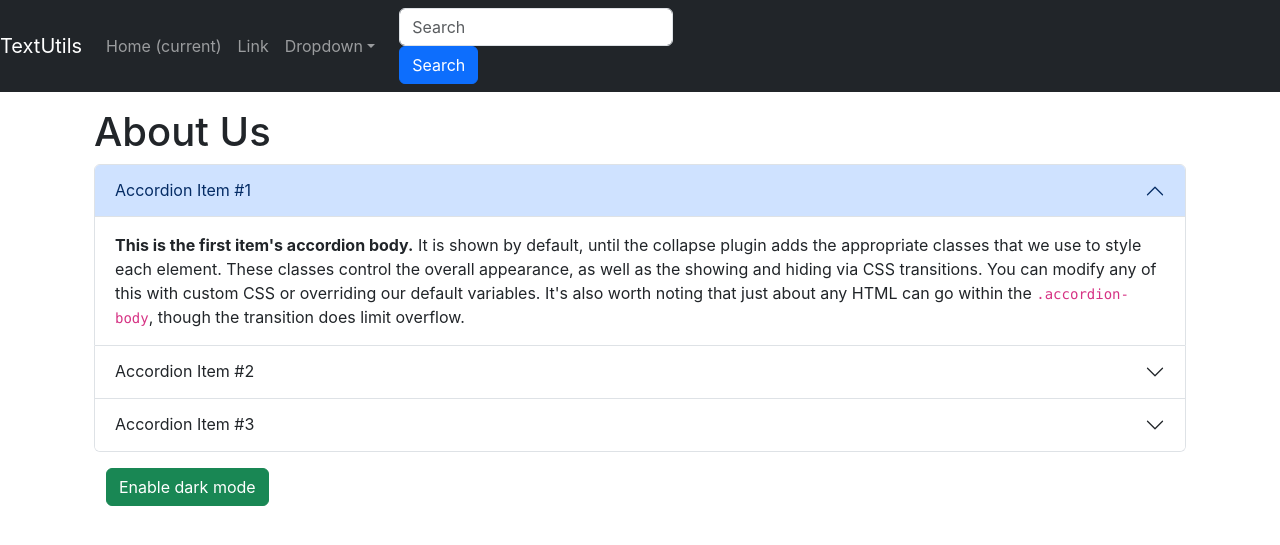
Repository: Aastha1035/React.navbar
Page: /
These files come from the project's save history. The page is drawn as it stood at one moment and after the next save; the edit follows.
The browser window is 1280 px wide. The pictures show the whole page.
The project was rebuilt for these pictures with package versions that can differ from the ones it lists, and the page was loaded fresh each time. Also part of the build but not shown: src/App.css.

Above is the page before, as saved 2024-07-17 17:00:47.

### public/index.html
<!DOCTYPE html>
<html lang="en">
  <head>
    <meta charset="utf-8" />
    <link rel="icon" href="%PUBLIC_URL%/favicon.ico" />
    <meta name="viewport" content="width=device-width, initial-scale=1" />
    <meta name="theme-color" content="#000000" />
    <meta
      name="description"
      content="Web site created using create-react-app"
    />
    <link rel="apple-touch-icon" href="%PUBLIC_URL%/logo192.png" />
    <!--
      manifest.json provides metadata used when your web app is installed on a
      user's mobile device or desktop. See https://developers.google.com/web/fundamentals/web-app-manifest/
    -->
    <link rel="manifest" href="%PUBLIC_URL%/manifest.json" />
    <!--
      Notice the use of %PUBLIC_URL% in the tags above.
      It will be replaced with the URL of the `public` folder during the build.
      Only files inside the `public` folder can be referenced from the HTML.

      Unlike "/favicon.ico" or "favicon.ico", "%PUBLIC_URL%/favicon.ico" will
      work correctly both with client-side routing and a non-root public URL.
      Learn how to configure a non-root public URL by running `npm run build`.
    -->
    <link href="https://cdn.jsdelivr.net/npm/bootstrap@5.3.3/dist/css/bootstrap.min.css" rel="stylesheet" integrity="sha384-QWTKZyjpPEjISv5WaRU9OFeRpok6YctnYmDr5pNlyT2bRjXh0JMhjY6hW+ALEwIH" crossorigin="anonymous">
    <title>React App</title>
  </head>
  <body>
    <noscript>You need to enable JavaScript to run this app.</noscript>
    <div id="root"></div>
    <!--
      This HTML file is a template.
      If you open it directly in the browser, you will see an empty page.

      You can add webfonts, meta tags, or analytics to this file.
      The build step will place the bundled scripts into the <body> tag.

      To begin the development, run `npm start` or `yarn start`.
      To create a production bundle, use `npm run build` or `yarn build`.
    -->
    <script src="https://cdn.jsdelivr.net/npm/bootstrap@5.3.3/dist/js/bootstrap.bundle.min.js"
    integrity="sha384-YvpcrYf0tY3lHB60NNkmXc5s9fDVZLESaAA55NDzOxhy9GkcIdslK1eN7N6jIeHz"
    crossorigin="anonymous"></script>
  </body>
</html>

### src/App.js

import './App.css';
import About from './components/About';
import Navbar from './components/Navbar';
//import Textform from './components/Textform';

function App() {
  return (
    <>
   < Navbar title="TextUtils"/>
   <div className="container my-3">
   {/*<Textform heading="Enter the text to analyse"/>*/}
   <About/>
   </div>

  </>
  );
}

export default App;

### src/components/About.js
import React from 'react'

export default function About() {
  return (
    <div className='container'>
            <h1>About Us</h1>
        <div class="accordion" id="accordionExample">
    <div class="accordion-item">
        <h2 class="accordion-header" id="headingOne">
        <button class="accordion-button" type="button" data-bs-toggle="collapse" data-bs-target="#collapseOne" aria-expanded="true" aria-controls="collapseOne">
            Accordion Item #1
        </button>
        </h2>
        <div id="collapseOne" class="accordion-collapse collapse show" aria-labelledby="headingOne" data-bs-parent="#accordionExample">
        <div class="accordion-body">
            <strong>This is the first item's accordion body.</strong> It is shown by default, until the collapse plugin adds the appropriate classes that we use to style each element. These classes control the overall appearance, as well as the showing and hiding via CSS transitions. You can modify any of this with custom CSS or overriding our default variables. It's also worth noting that just about any HTML can go within the <code>.accordion-body</code>, though the transition does limit overflow.
        </div>
        </div>
    </div>
    <div class="accordion-item">
        <h2 class="accordion-header" id="headingTwo">
        <button class="accordion-button collapsed" type="button" data-bs-toggle="collapse" data-bs-target="#collapseTwo" aria-expanded="false" aria-controls="collapseTwo">
            Accordion Item #2
        </button>
        </h2>
        <div id="collapseTwo" class="accordion-collapse collapse" aria-labelledby="headingTwo" data-bs-parent="#accordionExample">
        <div class="accordion-body">
            <strong>This is the second item's accordion body.</strong> It is hidden by default, until the collapse plugin adds the appropriate classes that we use to style each element. These classes control the overall appearance, as well as the showing and hiding via CSS transitions. You can modify any of this with custom CSS or overriding our default variables. It's also worth noting that just about any HTML can go within the <code>.accordion-body</code>, though the transition does limit overflow.
        </div>
        </div>
    </div>
    <div class="accordion-item">
        <h2 class="accordion-header" id="headingThree">
        <button class="accordion-button collapsed" type="button" data-bs-toggle="collapse" data-bs-target="#collapseThree" aria-expanded="false" aria-controls="collapseThree">
            Accordion Item #3
        </button>
        </h2>
        <div id="collapseThree" class="accordion-collapse collapse" aria-labelledby="headingThree" data-bs-parent="#accordionExample">
        <div class="accordion-body">
            <strong>This is the third item's accordion body.</strong> It is hidden by default, until the collapse plugin adds the appropriate classes that we use to style each element. These classes control the overall appearance, as well as the showing and hiding via CSS transitions. You can modify any of this with custom CSS or overriding our default variables. It's also worth noting that just about any HTML can go within the <code>.accordion-body</code>, though the transition does limit overflow.
        </div>
        </div>
    </div>
</div>
    <div className="container my-3">
        <button type="button" class="btn btn-success">Enable dark mode</button>
    </div>
    </div>
  )
}

### src/components/Navbar.js
import React from 'react'

export default function Navbar(props) {
  return (
    <nav className="navbar navbar-expand-lg navbar-dark bg-dark">
  <a className="navbar-brand" href="#">{props.title}</a>
  <button className="navbar-toggler" type="button" data-toggle="collapse" data-target="#navbarSupportedContent" aria-controls="navbarSupportedContent" aria-expanded="false" aria-label="Toggle navigation">
    <span className="navbar-toggler-icon"></span>
  </button>

  <div className="collapse navbar-collapse" id="navbarSupportedContent">
    <ul className="navbar-nav mr-auto">
      <li className="nav-item active">
        <a className="nav-link" href="#">Home <span className="sr-only">(current)</span></a>
      </li>
      <li className="nav-item">
        <a className="nav-link" href="#">Link</a>
      </li>
      <li className="nav-item dropdown">
        <a className="nav-link dropdown-toggle" href="#" id="navbarDropdown" role="button" data-toggle="dropdown" aria-haspopup="true" aria-expanded="false">
          Dropdown
        </a>
        <div className="dropdown-menu" aria-labelledby="navbarDropdown">
          <a className="dropdown-item" href="#">Action</a>
          <a className="dropdown-item" href="#">Another action</a>
          <div className="dropdown-divider"></div>
          <a className="dropdown-item" href="#">Something else here</a>
        </div>
      </li>
      <li className="nav-item">
        <a className="nav-link disabled" href="#">{props.aboutText}</a>
      </li>
    </ul>
    <form className="form-inline my-2 my-lg-0">
      <input className="form-control mr-sm-5" type="search" placeholder="Search" aria-label="Search"/>
      <button className="btn btn-primary my-2 my-sm-0" type="submit">Search</button>
    </form>
  </div>
</nav>
  )
}

Loaded but not shown: src/index.js (common file); src/index.css (common file); src/reportWebVitals.js (common file)

After the next save:
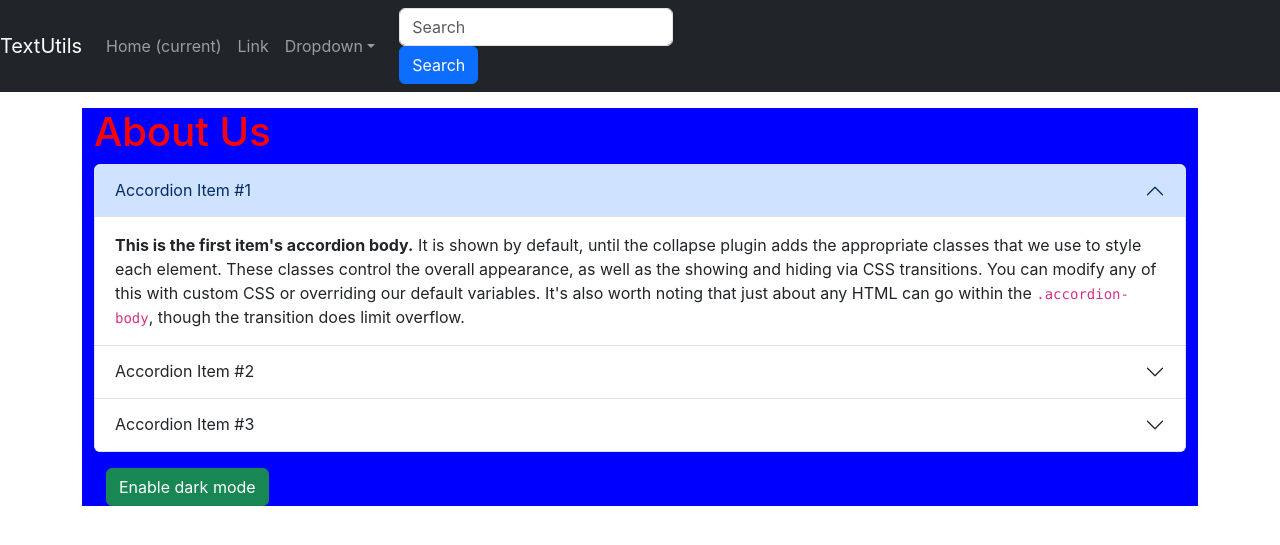
Saved 26 min 6 s later.
--- a/src/components/About.js
+++ b/src/components/About.js
@@ -1,8 +1,14 @@
 import React from 'react'
 
 export default function About() {
+    let myStyle={
+        color: 'red',
+        backgroundColor: 'blue'
+
+
+    }
   return (
-    <div className='container'>
+    <div className='container' style={myStyle}>
             <h1>About Us</h1>
         <div class="accordion" id="accordionExample">
     <div class="accordion-item">
